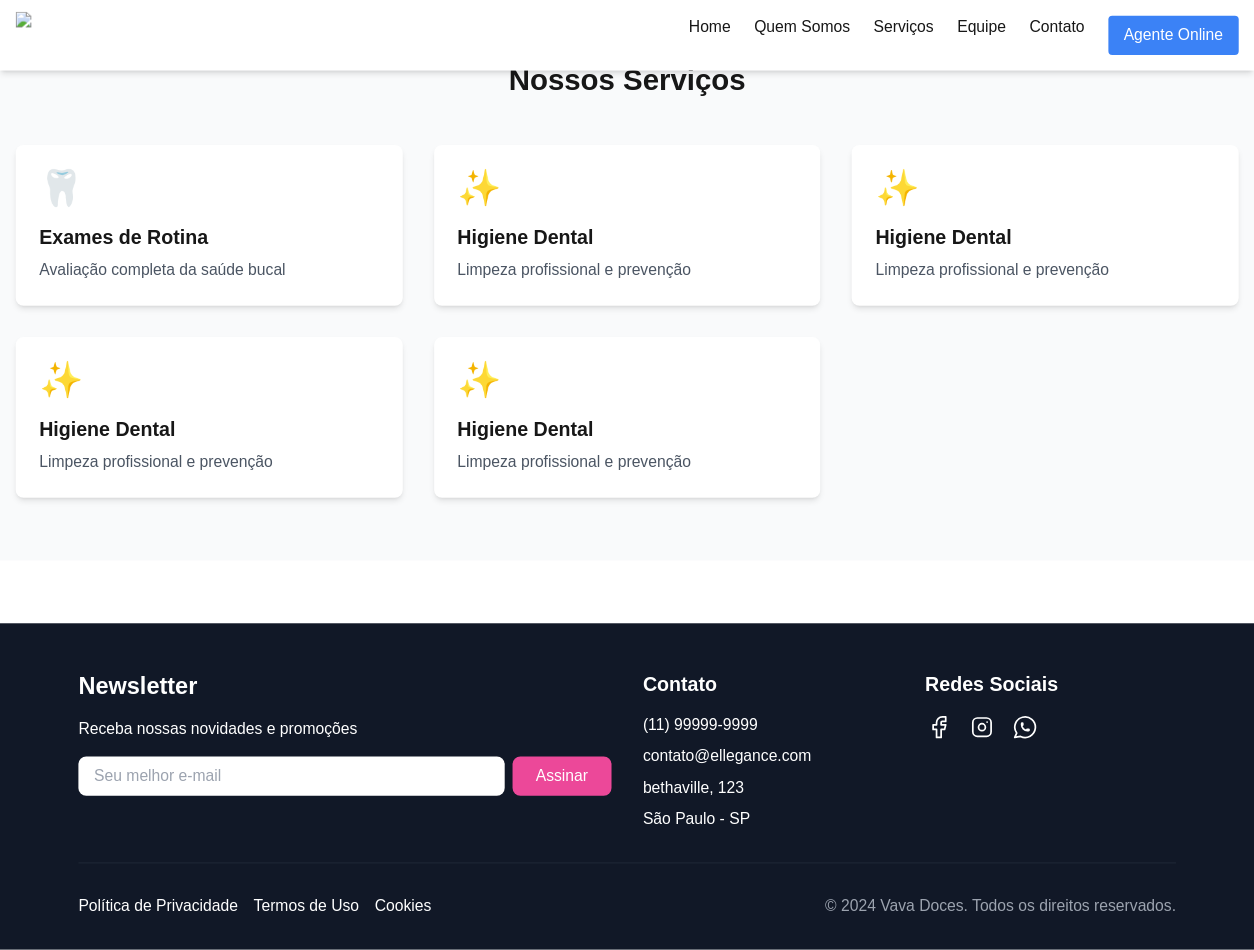
Repository: francisguitt/ellegance_odontologia
Page: /services_
These files come from the project's save history. The page is drawn as it stood at one moment and after a run of saves; the edit follows.
The browser window is 1280 px wide. The pictures show the whole page, at 98% of full size.
Pictures or frames that could not be fetched are drawn as grey boxes. The project was rebuilt for these pictures with package versions that can differ from the ones it lists, and the page was loaded fresh each time. The framework's server and built-in components were replaced by stand-ins that run in the browser. Also part of the build but not shown: next.config.mjs.

Above is the page before, as saved 2025-02-22 11:06:01.

### src/app/layout.tsx
import type { Metadata } from "next";
import localFont from "next/font/local";
import "./globals.css";
import Header from "@/app/components/header";
import Footer from "@/app/components/footer";

const geistSans = localFont({
  src: "./fonts/GeistVF.woff",
  variable: "--font-geist-sans",
  weight: "100 900",
});
const geistMono = localFont({
  src: "./fonts/GeistMonoVF.woff",
  variable: "--font-geist-mono",
  weight: "100 900",
});

export const metadata: Metadata = {
  title: "Create Next App",
  description: "Generated by create next app",
};

export default function RootLayout({
  children,
}: Readonly<{
  children: React.ReactNode;
}>) {
  return (
    <html lang="en">
      <body
        className={`${geistSans.variable} ${geistMono.variable} antialiased`}
      >
      <Header/>
        {children}
        <Footer/>
      </body>
    </html>
  );
}

### src/app/services_/page.tsx
const Services = () => {
    const services = [
      {
        title: 'Exames de Rotina',
        description: 'Avaliação completa da saúde bucal',
        icon: '🦷'
      },
      {
        title: 'Higiene Dental',
        description: 'Limpeza profissional e prevenção',
        icon: '✨'
      },
      {
        title: 'Higiene Dental',
        description: 'Limpeza profissional e prevenção',
        icon: '✨'
      },
      {
        title: 'Higiene Dental',
        description: 'Limpeza profissional e prevenção',
        icon: '✨'
      },
      {
        title: 'Higiene Dental',
        description: 'Limpeza profissional e prevenção',
        icon: '✨'
      },
    ];

    return (
      <section id="services" className="py-16 bg-gray-50">
        <div className="container mx-auto px-4">
          <h2 className="text-3xl font-bold text-center mb-12">Nossos Serviços</h2>
          <div className="grid grid-cols-1 md:grid-cols-3 gap-8">
            {services.map((service, index) => (
              <div key={index} className="bg-white p-6 rounded-lg shadow-md">
                <div className="text-4xl mb-4">{service.icon}</div>
                <h3 className="text-xl font-semibold mb-2">{service.title}</h3>
                <p className="text-gray-600">{service.description}</p>
              </div>
            ))}
          </div>
        </div>
      </section>
    );
  };

  export default Services;

### src/app/components/header.tsx
"use client";
import { Link } from 'react-scroll';
import Image from 'next/image';
import logo from "@/images/logo_odontologia.jpg";
const Header = () => {
  return (
    <header className="fixed w-full bg-white shadow-md z-50">
      <div className="container mx-auto px-4 py-3 flex justify-between items-center">
        <div className="logo">
          <Image
          src={''}
            width={150}
            height={50}
            alt="Ellegance Dental" className="h-12" />
        </div>

        <nav className="hidden md:flex space-x-6">
          <Link to="home" smooth={true} className="cursor-pointer">Home</Link>
          <Link to="about" smooth={true} className="cursor-pointer">Quem Somos</Link>
          <Link to="services" smooth={true} className="cursor-pointer">Serviços</Link>
          <Link to="team" smooth={true} className="cursor-pointer">Equipe</Link>
          <Link to="contact" smooth={true} className="cursor-pointer">Contato</Link>
          <button className="bg-blue-500 text-white px-4 py-2 rounded">
            Agente Online
          </button>
        </nav>

        <button className="md:hidden">
          {/* Mobile menu button */}
        </button>
      </div>
    </header>
  );
};

export default Header;

### src/app/components/footer.tsx
'use client'
import { useState } from 'react'
import {
  IconBrandFacebook,
  IconBrandInstagram,
  IconBrandWhatsapp,
  IconMail
} from '@tabler/icons-react'

function Footer() {
  const [email, setEmail] = useState('')

  const handleSubmit = (e: React.FormEvent) => {
    e.preventDefault()
    setEmail('')
  }

  return (
    <footer className="bg-gray-900 text-white pt-12 mt-16">
      <div className="max-w-6xl mx-auto px-4">
        <div className="grid grid-cols-1 md:grid-cols-4 gap-8 pb-8">
          <div className="col-span-1 md:col-span-2">
            <h3 className="text-2xl font-bold mb-4">Newsletter</h3>
            <p className="mb-4">Receba nossas novidades e promoções</p>
            <form onSubmit={handleSubmit} className="flex gap-2">
              <input
                type="email"
                value={email}
                onChange={(e) => setEmail(e.target.value)}
                placeholder="Seu melhor e-mail"
                className="flex-1 px-4 py-2 rounded-lg text-gray-900"
                required
              />
              <button
                type="submit"
                className="bg-pink-500 px-6 py-2 rounded-lg hover:bg-pink-600 transition"
              >
                Assinar
              </button>
            </form>
          </div>

          <div>
            <h3 className="text-xl font-bold mb-4">Contato</h3>
            <ul className="space-y-2">
              <li>
                <a href="tel:+5511999999999" className="hover:text-pink-400">
                  (11) 99999-9999
                </a>
              </li>
              <li>
                <a href="mailto:contato@elleganceodontologia.com" className="hover:text-pink-400">
                  contato@ellegance.com
                </a>
              </li>
              <li>bethaville, 123</li>
              <li>São Paulo - SP</li>
            </ul>
          </div>

          <div>
            <h3 className="text-xl font-bold mb-4">Redes Sociais</h3>
            <div className="flex gap-4">
              <a href="https://facebook.com" target="_blank" rel="noopener noreferrer"
                className="hover:text-pink-400 transition">
                <IconBrandFacebook size={28} stroke={1.5} />
              </a>
              <a href="https://instagram.com" target="_blank" rel="noopener noreferrer"
                className="hover:text-pink-400 transition">
                <IconBrandInstagram size={28} stroke={1.5} />
              </a>
              <a href="https://wa.me/5511999999999" target="_blank" rel="noopener noreferrer"
                className="hover:text-pink-400 transition">
                <IconBrandWhatsapp size={28} stroke={1.5} />
              </a>
            </div>
          </div>
        </div>

        <div className="border-t border-gray-800 py-8">
          <div className="flex flex-col md:flex-row justify-between items-center">
            <div className="flex gap-4 mb-4 md:mb-0">
              <a href="/politica-privacidade" className="hover:text-pink-400 transition">
                Política de Privacidade
              </a>
              <a href="/termos-uso" className="hover:text-pink-400 transition">
                Termos de Uso
              </a>
              <a href="/cookies" className="hover:text-pink-400 transition">
                Cookies
              </a>
            </div>
            <p className="text-gray-400">
              © {new Date().getFullYear()} Vava Doces. Todos os direitos reservados.
            </p>
          </div>
        </div>
      </div>
    </footer>
  )
}
export default Footer;

Loaded but not shown: src/app/globals.css (common file); tailwind.config.ts (common file)

After the next 3 saves:
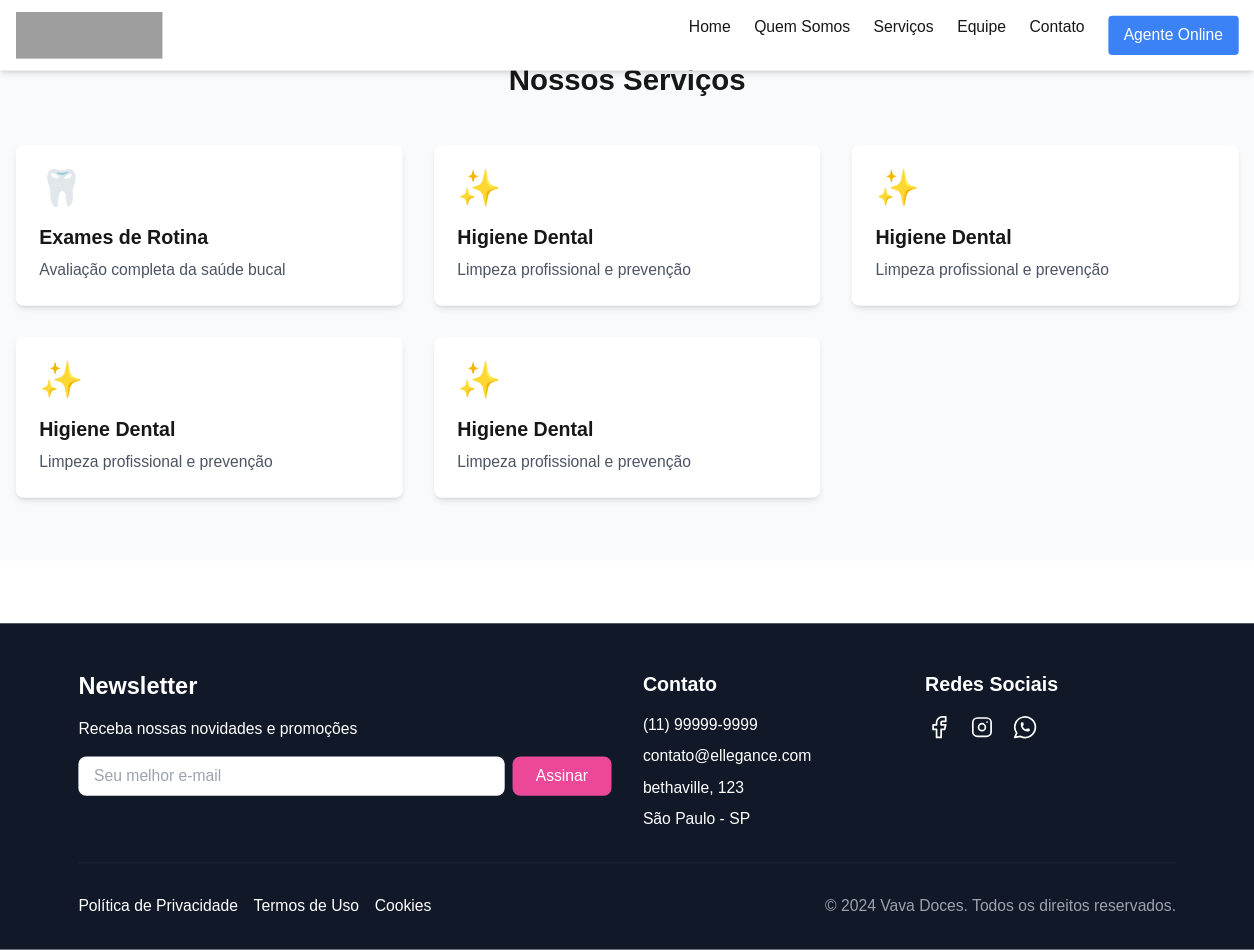
The 3 saves are shown as one change because they came seconds apart.
The last was saved 9 s later.
--- a/src/app/components/header.tsx
+++ b/src/app/components/header.tsx
@@ -8,7 +8,7 @@ const Header = () => {
       <div className="container mx-auto px-4 py-3 flex justify-between items-center">
         <div className="logo">
           <Image
-          src={''}
+          src={logo}
             width={150}
             height={50}
             alt="Ellegance Dental" className="h-12" />
